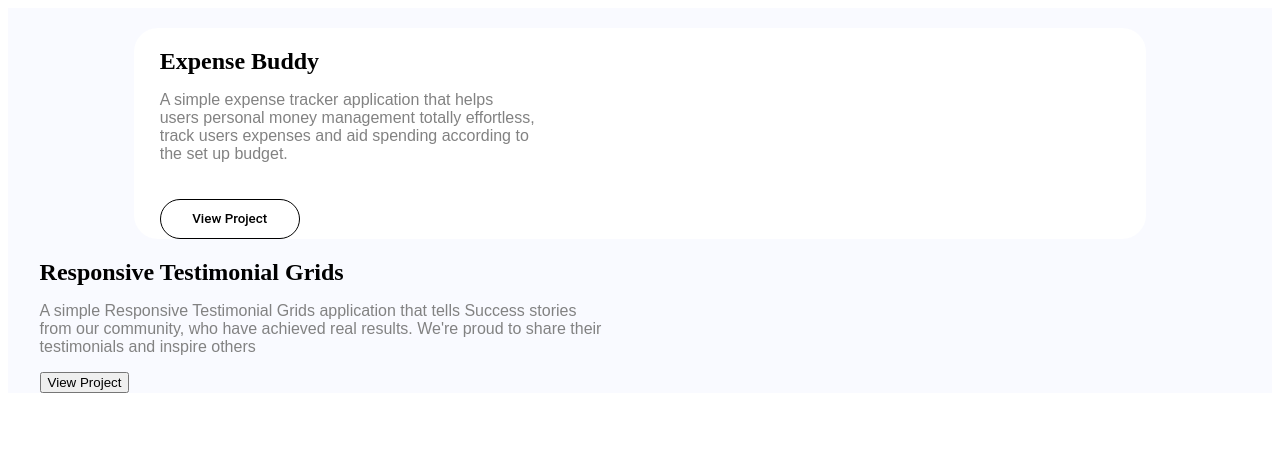
Repository: adehope1/My_Portfoilo
Page: port/assest/index2.html
The author's editor kept a copy of each file at every save. The page is drawn from the files as they stood at one save, then again after the next save.
The browser window is 1280 px wide. The pictures show the whole page.

Above is the page before, as saved 2024-09-01 22:30:40.

### port/assest/index2.html
<!DOCTYPE html>
<html lang="en">
<head>
    <meta charset="UTF-8">
    <meta name="viewport" content="width=device-width, initial-scale=1.0">
    <link rel="stylesheet" href="./index2.css">
    <title>Document</title>
</head>
<body>
    <div class="proCont">
        <div class="cnt1">
            <div class="nameP">
                <div class="textHome">
                    <h2 id="exp">Expense Buddy</h2>
                    <p id="expe">
                        A simple expense tracker application that helps <br>
                        users personal money management totally effortless,<br>
                        track users expenses and aid spending according to <br> the set up budget.
                    </p>
                    <a href="https://cybogsail.000webhostapp.com/"><button type="button" id="btn3">View
                            Project</button></a>

                </div>

            </div>
        </div>
    </div>
    <div class="proCont11">
        <div class="ctn12">
            <div class="nameP1">
                <div class="textHome1">
                    <h2 id="exp1">Responsive Testimonial Grids</h2>
                    <p id="expe1"> A simple Responsive Testimonial Grids application that tells Success stories from our community, who have achieved real results. We're proud to share their testimonials and inspire others
                    </p>
                    <a href="https://github.com/Koded247/Responsive-testimonial-grids.git"><button type="button" id="btn4">View Project</button></a>
                </div>
            </div>
        </div>
    </div>
</body>
</html>

### port/assest/index2.css
.proCont {
    width: 100%;
    height: 90%;
    gap: 50px;
    background-color: #F9FAFF;
    display: flex;
    justify-content: space-around;
    align-items: center;
    flex-direction: column;
}

.cnt1 {
    width: 80%;
    height: 45%;
    background-color: #FFFFFF;
    display: flex;
    flex-direction: row;
    border-radius: 24px;
    margin-top: 20px;

}

.nameP {
    width: 50%;
    height: 100%;
    display: flex;
    justify-content: center;
    align-items: center;
}

.textHome {
    width: 90%;
    height: fit-content;
    text-align: left;
}

#exp {
    font-family: "Playfair Display", serif;
    font-optical-sizing: auto;
    font-weight: 700;
    font-style: normal;
    margin-bottom: 15px;

}

#expe {
    text-align: left;
    font-family: "Nunito", sans-serif;
    font-optical-sizing: auto;
    font-weight: 400;
    font-style: normal;
    color: #828282;
    font-size: 16px;


}

#btn3 {
    width: 140px;
    height: 40px;
    border-radius: 24px;
    border: 1px solid black;
    background-color: #fff;
    font-family: "Roboto", sans-serif;
    font-weight: 500;
    font-style: normal;
    margin-top: 20px;

}

.imgP {
    width: 50%;
    height: 100%;
    background: url(./images/expense.png);
    background-size: cover;
    background-repeat: no-repeat;
    border-radius: 0px 24px 24px 0px
}

#super {
    width: 100%;
    height: 100%;
}


.cnt2 {
    width: 80%;
    height: 45%;
    background-color: #FFFFFF;
    display: flex;
    flex-direction: row;
    border-radius: 24px;

}

.nameP2 {
    width: 50%;
    height: 100%;
    display: flex;
    justify-content: center;
    align-items: center;
}

.textHome2 {
    width: 90%;
    height: fit-content;
    text-align: left;
}

.proCont11 {
    width: 100%;
    height: 90%;
    gap: 50px;
    background-color: #F9FAFF;
    display: flex;
    justify-content: space-around;
    align-items: center;
    flex-direction: column;
}

.cnt12{
    width: 80%;
    height: 45%;
    background-color: #FFFFFF;
    display: flex;
    flex-direction: row;
    border-radius: 24px;
    margin-top: 20px;

}

.nameP1 {
    width: 50%;
    height: 100%;
    display: flex;
    justify-content: center;
    align-items: center;
}

.textHome1 {
    width: 90%;
    height: fit-content;
    text-align: left;
}

#exp1 {
    font-family: "Playfair Display", serif;
    font-optical-sizing: auto;
    font-weight: 700;
    font-style: normal;
    margin-bottom: 15px;

}

#expe1 {
    text-align: left;
    font-family: "Nunito", sans-serif;
    font-optical-sizing: auto;
    font-weight: 400;
    font-style: normal;
    color: #828282;
    font-size: 16px;


}

#btn3 {
    width: 140px;
    height: 40px;
    border-radius: 24px;
    border: 1px solid black;
    background-color: #fff;
    font-family: "Roboto", sans-serif;
    font-weight: 500;
    font-style: normal;
    margin-top: 20px;

}

.imgP {
    width: 50%;
    height: 100%;
    background: url(./images/expense.png);
    background-size: cover;
    background-repeat: no-repeat;
    border-radius: 0px 24px 24px 0px
}

#super {
    width: 100%;
    height: 100%;
}


.cnt2 {
    width: 80%;
    height: 45%;
    background-color: #FFFFFF;
    display: flex;
    flex-direction: row;
    border-radius: 24px;

}

.nameP2 {
    width: 50%;
    height: 100%;
    display: flex;
    justify-content: center;
    align-items: center;
}

.textHome2 {
    width: 90%;
    height: fit-content;
    text-align: left;
}

After the next save:
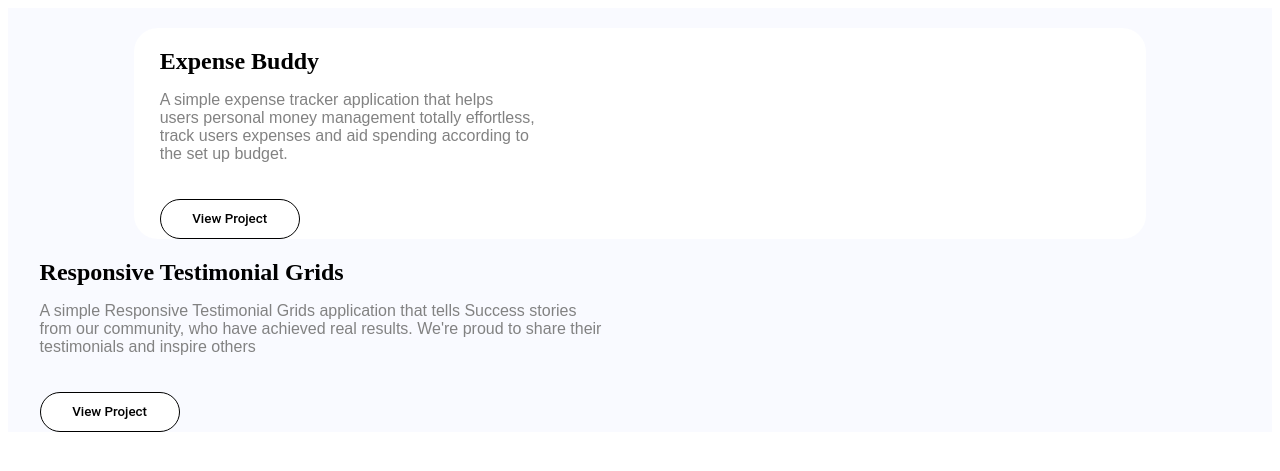
Saved 12 s later.
--- a/port/assest/index2.css
+++ b/port/assest/index2.css
@@ -164,7 +164,7 @@
 
 }
 
-#btn3 {
+#btn4 {
     width: 140px;
     height: 40px;
     border-radius: 24px;

After the save that followed:
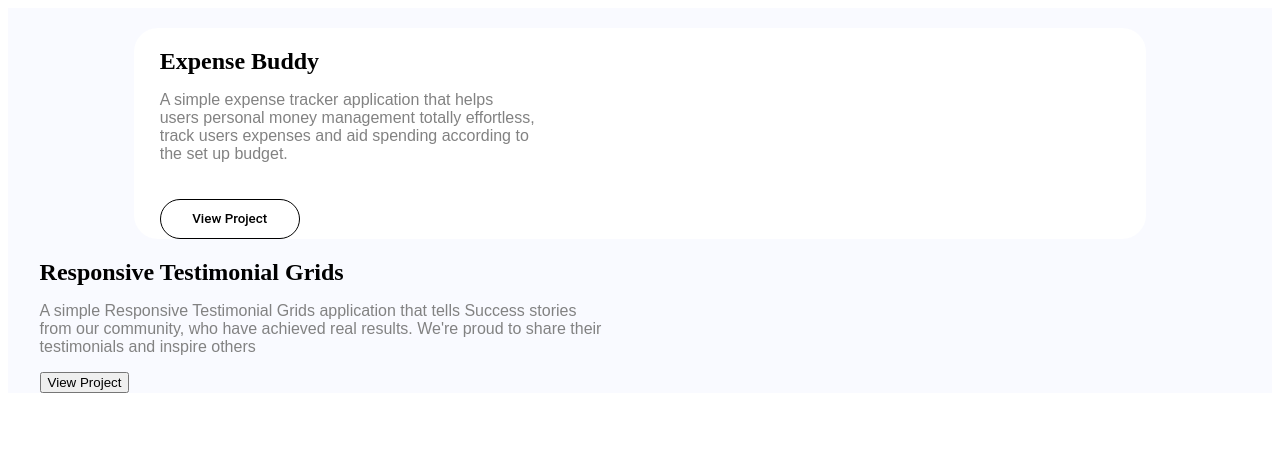
Saved 53 s later.
--- a/port/assest/index2.css
+++ b/port/assest/index2.css
@@ -164,7 +164,7 @@
 
 }
 
-#btn4 {
+#btn {
     width: 140px;
     height: 40px;
     border-radius: 24px;
